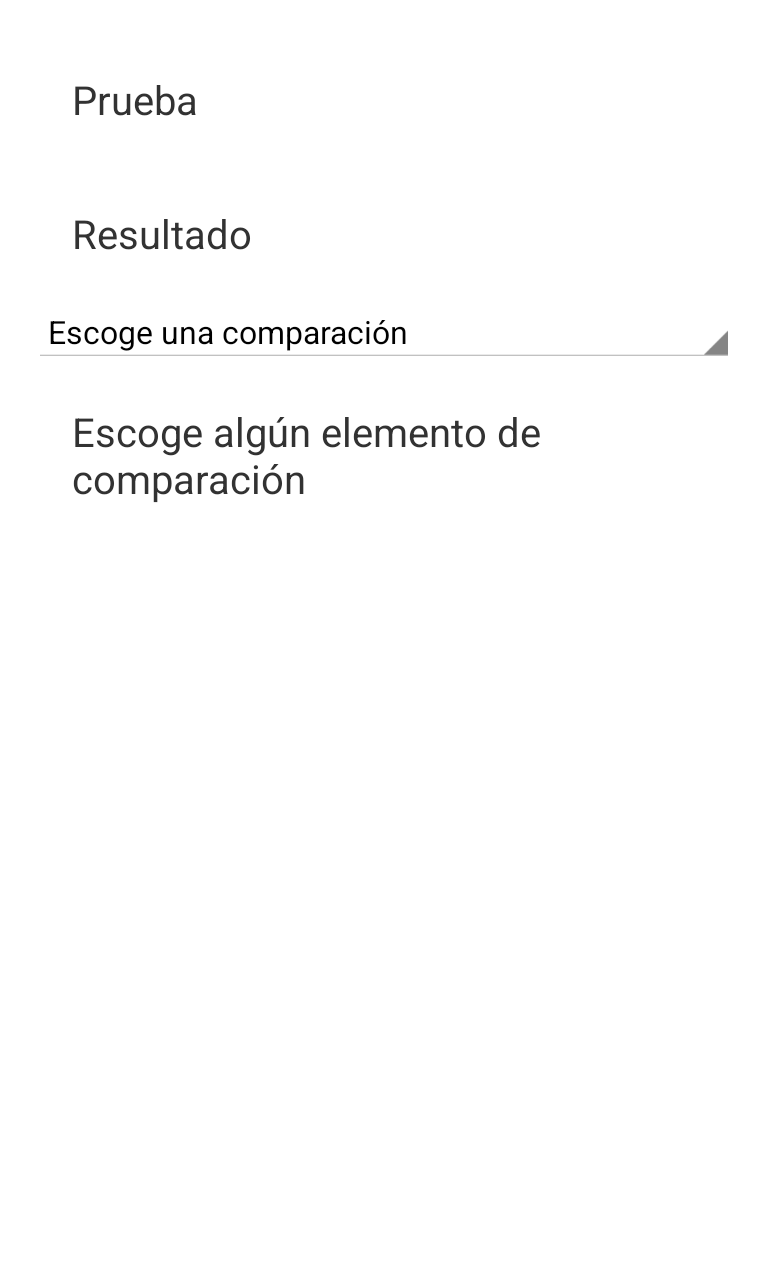
Repository: Jumax9/myPersonalNewton
Layout: MyPersonalNewton/res/layout/result.xml
The author's editor kept a copy of each file at every save. The layout is drawn from the files as they stood at one save, then again after the next save.
It is drawn on a 768 x 1280 px phone screen (xhdpi) without system bars, with theme AppTheme; the app's code is not run.

Above is the layout before, as saved 2014-03-15 13:52:48.

After the next save:
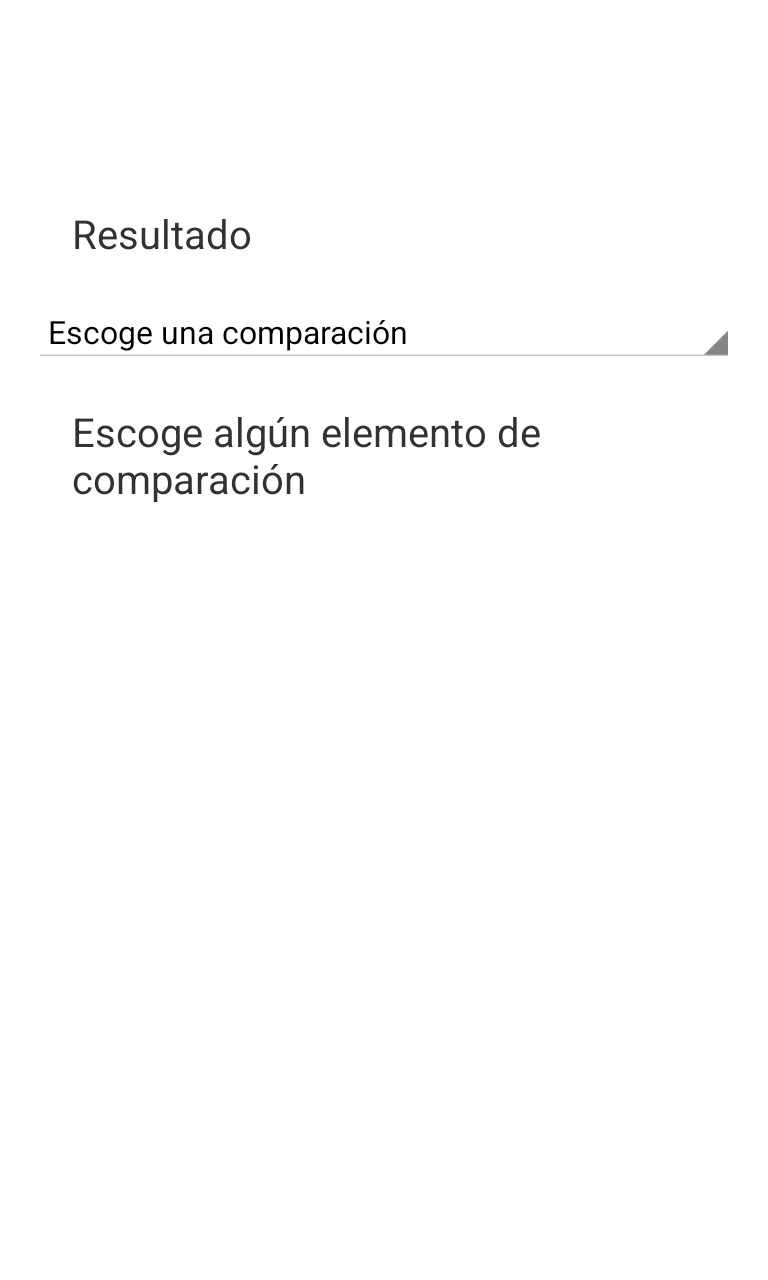
Saved 2 min 46 s later.
--- a/MyPersonalNewton/res/layout/result.xml
+++ b/MyPersonalNewton/res/layout/result.xml
@@ -19,7 +19,6 @@
             android:layout_width="fill_parent"
             android:layout_height="wrap_content"
             android:padding="20dp"
-            android:text="Prueba"
             android:textSize="20sp" >
         </TextView>
 
